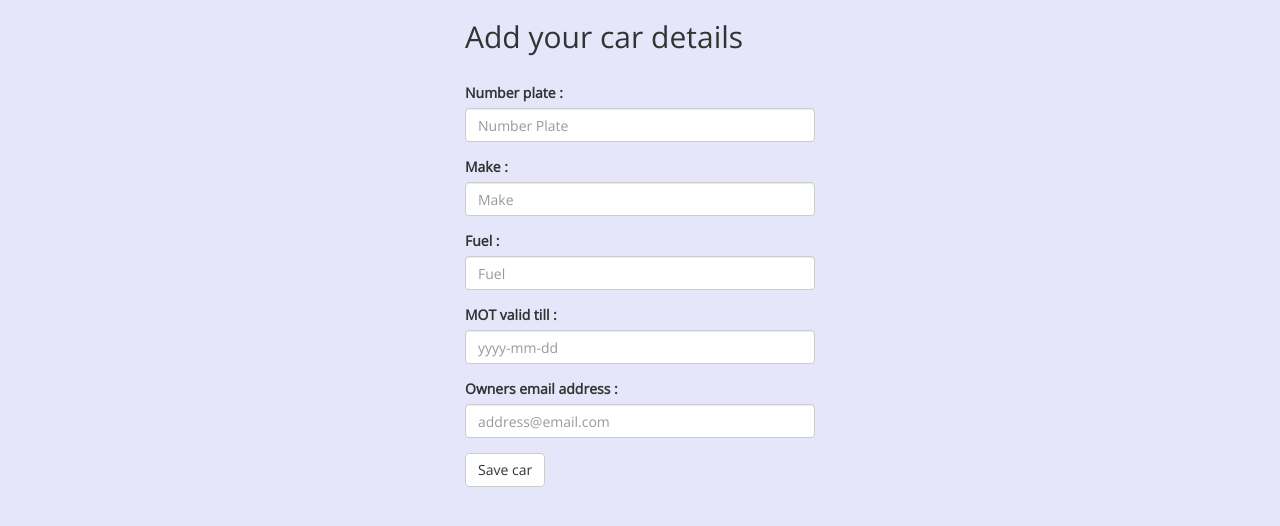
Repository: dornescustefan/SpringMVCProject
Page: http://localhost/ProjectMVC/WEB-INF/jsp/addcar.jsp
The author's editor kept a copy of each file at every save. The page is drawn from the files as they stood at one save, then again after the next save.
The browser window is 1280 px wide. The pictures show the whole page.
Some web libraries are served in a nearby version. The page is served by Tomcat 9. Nobody is signed in. Other server files are loaded and not shown. The template is opened directly, without the code that normally fills it, so the values that code supplies are empty.

Above is the page before, as saved 2017-10-16 13:13:58.

### ProjectMVC/src/main/webapp/WEB-INF/jsp/addcar.jsp
<%@ page language="java" contentType="text/html; charset=ISO-8859-1"
    pageEncoding="ISO-8859-1"%>
<!DOCTYPE html PUBLIC "-//W3C//DTD HTML 4.01 Transitional//EN" "http://www.w3.org/TR/html4/loose.dtd">
<%@ taglib uri="http://www.springframework.org/tags/form" prefix="form"%>
   <%@ taglib uri="http://java.sun.com/jsp/jstl/core" prefix="c"%>
<html>
<head>
<link href="https://fonts.googleapis.com/css?family=Open+Sans" rel="stylesheet">
<meta name="viewport" content="width=device-width, initial-scale=1">
<link rel="stylesheet" href="https://maxcdn.bootstrapcdn.com/bootstrap/3.3.7/css/bootstrap.min.css">
<script src="https://ajax.googleapis.com/ajax/libs/jquery/3.2.1/jquery.min.js"></script>
<script src="https://maxcdn.bootstrapcdn.com/bootstrap/3.3.7/js/bootstrap.min.js"></script>
<meta http-equiv="Content-Type" content="text/html; charset=ISO-8859-1">
<title>Add a new car</title>
</head>
<body style="background-color: #E6E6FA; font-family: 'Open Sans', sans-serif;">

<div class="container" >
<div class="col-sm-4"></div>
<div class="col-sm-4">
<h2>Add your car details</h2><br>
<form:form action="savecar"  modelAttribute="savecarform" method="POST">

	<div class="form-group">
       		<label  for="numberPlate" >Number plate :</label>
         	<form:input path="numberPlate"   id="numberPlate" class="form-control" type="text" placeholder="Number Plate" />
	</div>

	<div class="form-group">
        <label  for="make">Make :</label>
         <form:input  path="make"  id="make" class="form-control"  type="text" placeholder="Make"/>
  	</div>

  	<div class="form-group">
        <label  for="fuel">Fuel :</label>
         <form:input  path="fuel"  id="fuel" class="form-control"  type="text" placeholder="Fuel"/>
  	</div>

  	<div class="form-group">
        <label  for="mot"> MOT valid till :</label>
         <form:input  path="mot"  id="mot" class="form-control"  type="text" placeholder="yyyy-mm-dd"/>
  	</div>

  	<div class="form-group">
        <label  for="email">Owners email address :</label>
        <form:input path="email"  id="email" class="form-control"  type="text" placeholder="address@email.com"/>
  	</div>
	<button type="submit" class="btn btn-default">Save car</button>
</form:form>
</div>
<div class="col-sm-4"></div>
 </div>
</body>
</html>

After the next save:
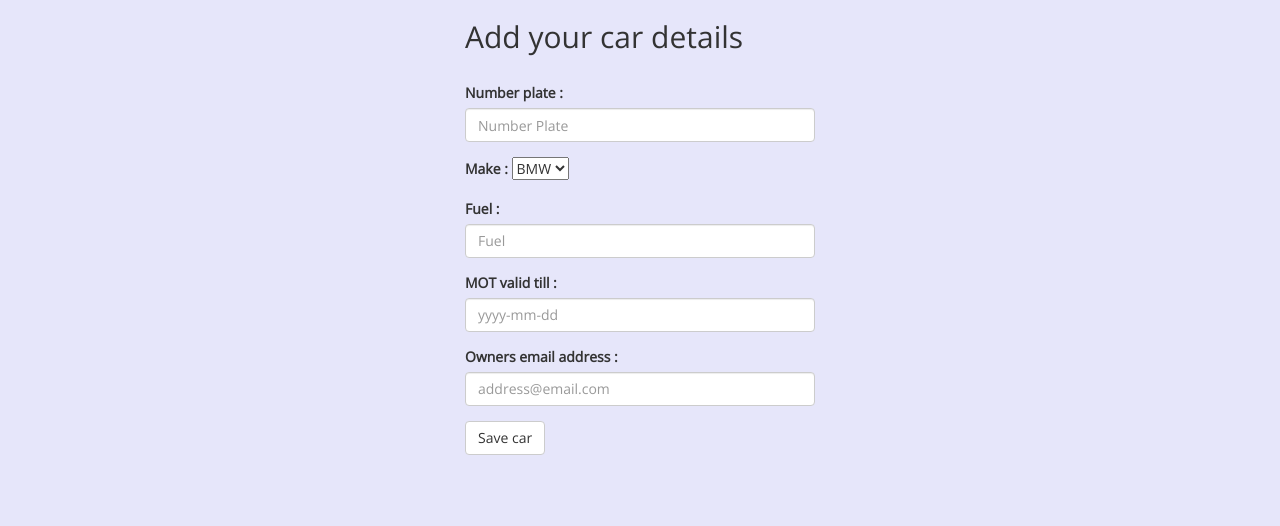
Saved 4 h 50 min later.
--- a/ProjectMVC/src/main/webapp/WEB-INF/jsp/addcar.jsp
+++ b/ProjectMVC/src/main/webapp/WEB-INF/jsp/addcar.jsp
@@ -28,7 +28,11 @@
 
 	<div class="form-group">
         <label  for="make">Make :</label>
-         <form:input  path="make"  id="make" class="form-control"  type="text" placeholder="Make"/>
+         <!--<form:input  path="make"  id="make" class="form-control"  type="text" placeholder="Make"/>-->
+         <form:select path="make">
+             <option value="BMW">BMW</option>
+   			 <option value="AUDI">AUDI</option>
+        </form:select>
   	</div>
 
   	<div class="form-group">

After the save that followed:
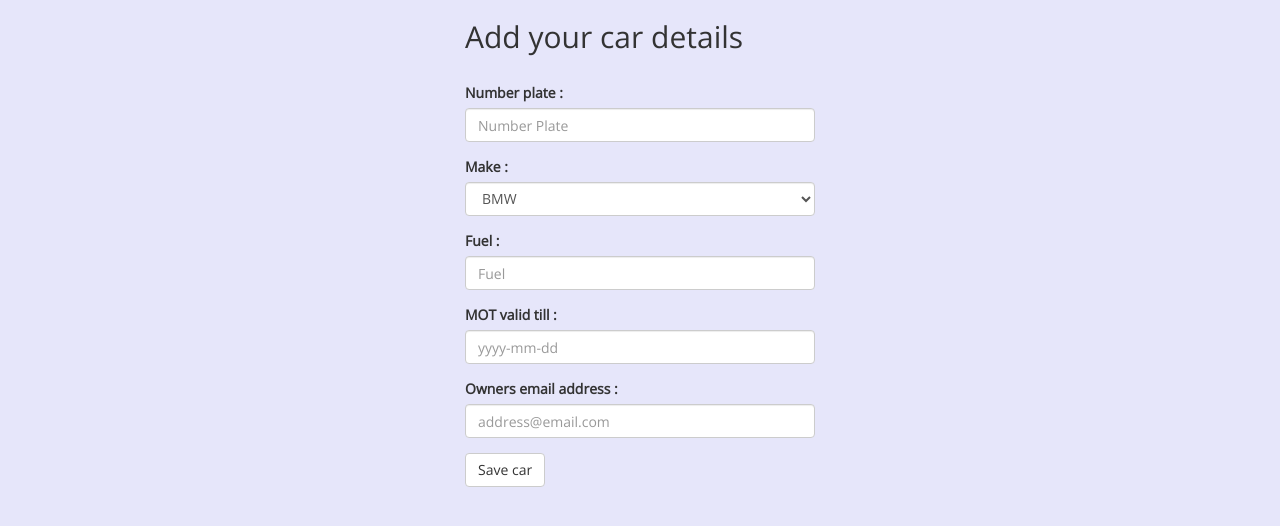
Saved 2 min 6 s later.
--- a/ProjectMVC/src/main/webapp/WEB-INF/jsp/addcar.jsp
+++ b/ProjectMVC/src/main/webapp/WEB-INF/jsp/addcar.jsp
@@ -29,7 +29,7 @@
 	<div class="form-group">
         <label  for="make">Make :</label>
          <!--<form:input  path="make"  id="make" class="form-control"  type="text" placeholder="Make"/>-->
-         <form:select path="make">
+         <form:select path="make" id="make" class="form-control"  type="text">
              <option value="BMW">BMW</option>
    			 <option value="AUDI">AUDI</option>
         </form:select>
